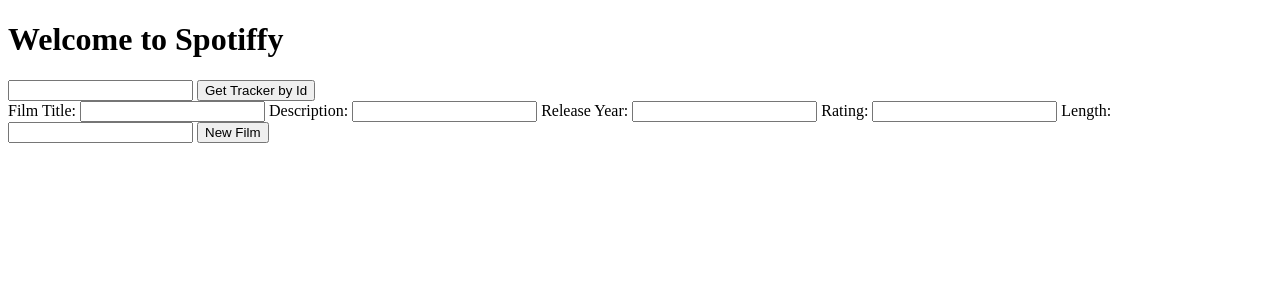
Repository: wcylou/EventTrackerProject
Page: SpotifyREST/src/main/webapp/index.html
These files come from the project's save history. The page is drawn as it stood at one moment and after the next save; the edit follows.
The browser window is 1280 px wide. The pictures show the whole page.

Above is the page before, as saved 2018-07-18 22:39:10.
Console error: TypeError: Cannot read properties of undefined (reading 'lookup')

After the next save:
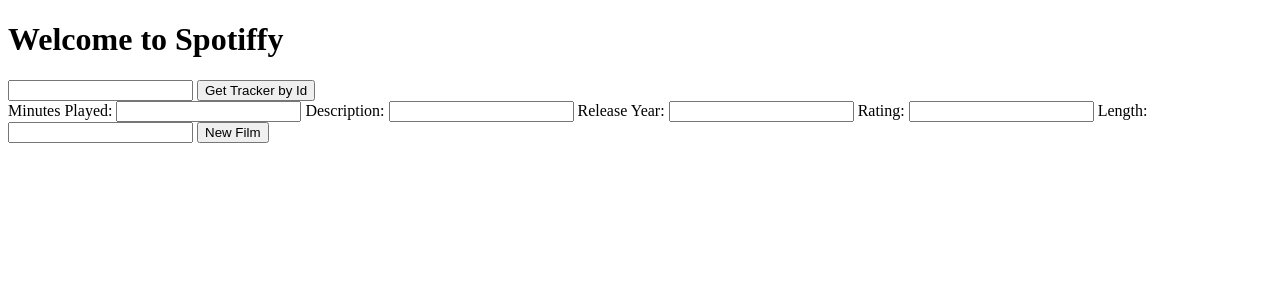
Saved 14 s later.
--- a/SpotifyREST/src/main/webapp/index.html
+++ b/SpotifyREST/src/main/webapp/index.html
@@ -13,7 +13,7 @@
   </form>
 
   <form name="createTrackerForm" id="createTrackerForm">
-    Film Title: <input type="text" name="filmTitle">
+    Minutes Played: <input type="number" name="minutesPlayed">
     Description: <input type="text" name="description">
     Release Year: <input type="text" name="releaseYear">
     Rating: <input type="text" name="rating">
